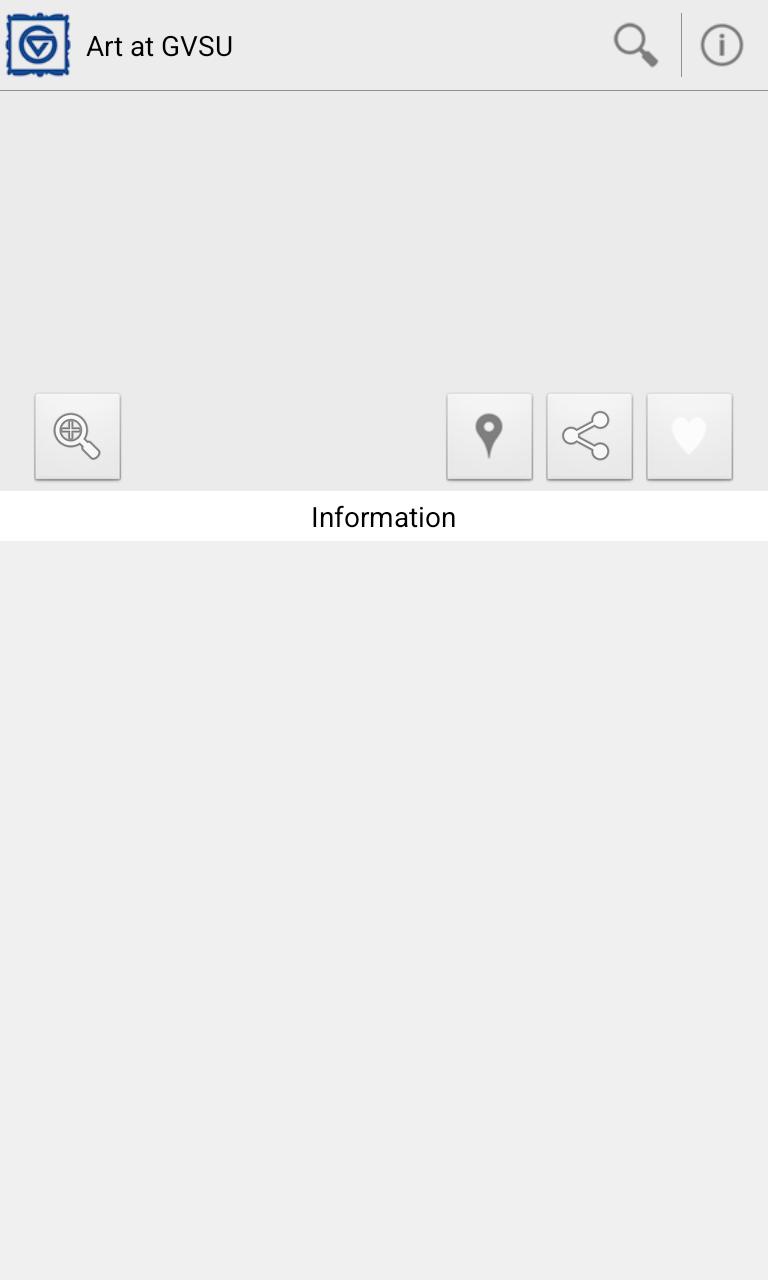
Repository: markminuth/Art-at-GVSU-Android-edition
Layout: version1.0/res/layout/artdetails.xml
The author's editor kept a copy of each file at every save. The layout is drawn from the files as they stood at one save, then again after the next save.
It is drawn on a 768 x 1280 px phone screen (xhdpi) without system bars, with theme android:Theme.NoTitleBar; the app's code is not run. Lists and similar views that code fills are empty.

Above is the layout before, as saved 2012-04-17 01:19:41.

### version1.0/res/layout/artdetails.xml
<?xml version="1.0" encoding="utf-8"?>
<LinearLayout xmlns:android="http://schemas.android.com/apk/res/android"
    android:layout_width="fill_parent"
    android:layout_height="fill_parent"
    android:background="#F0F0F0"
    android:orientation="vertical" >


    <RelativeLayout
        android:id="@+id/relativeLayout1"
        android:layout_width="match_parent"
        android:layout_height="45dp"
        android:background="#ECECEC" >

        <ImageButton
            android:id="@+id/aboutIcon"
            android:layout_width="wrap_content"
            android:layout_height="wrap_content"
            android:layout_alignParentRight="true"
            android:layout_centerVertical="true"
            android:layout_marginRight="7dp"
            android:background="#ECECEC"
            android:src="@drawable/about_icon" />

        <ImageButton
            android:id="@+id/searchIcon"
            android:layout_width="wrap_content"
            android:layout_height="wrap_content"
            android:layout_alignParentRight="true"
            android:layout_centerVertical="true"
            android:layout_marginRight="50dp"
            android:background="#ECECEC"
            android:src="@drawable/search" />

        <ImageView
            android:id="@+id/imageView2"
            android:layout_width="wrap_content"
            android:layout_height="wrap_content"
            android:layout_centerVertical="true"
            android:src="@drawable/app_icon_transparent" />

        <ImageView
            android:id="@+id/dividerimg"
            android:layout_width="wrap_content"
            android:layout_height="32dp"
            android:layout_alignParentRight="true"
            android:layout_centerVertical="true"
            android:layout_marginRight="43dp"
            android:src="@drawable/divider" />

        <TextView
            android:id="@+id/textView1"
            android:layout_width="wrap_content"
            android:layout_height="wrap_content"
            android:layout_centerVertical="true"
            android:layout_marginLeft="5dp"
            android:layout_toRightOf="@+id/imageView2"
            android:text="@string/titleText"
            android:textAppearance="?android:attr/textAppearanceMedium"
            android:textColor="#000000"
            android:textSize="14dp" />
    </RelativeLayout>

    <FrameLayout
        android:id="@+id/divider"
        android:layout_width="match_parent"
        android:layout_height="0.2dp"
        android:background="#909090" >
    </FrameLayout>




    <RelativeLayout
        android:id="@+id/relativeLayout1"
        android:layout_width="match_parent"
        android:layout_height="200dp" >

        <ImageView
            android:id="@+id/art_image"
            android:layout_width="fill_parent"
            android:layout_height="fill_parent"
            android:layout_x="0dp"
            android:layout_y="0dp"
            android:adjustViewBounds="true"
            android:gravity="center_vertical"
            android:scaleType="centerCrop"
            android:src="@drawable/image_area" />

        <TextView
            android:id="@+id/artPieceTitleBack"
            android:layout_width="wrap_content"
            android:layout_height="wrap_content"
            android:layout_alignParentLeft="true"
            android:layout_alignParentTop="true"
            android:layout_marginLeft="1dp"
            android:layout_marginTop="1dp"
            android:text=""
            android:textAppearance="?android:attr/textAppearanceLarge"
            android:textColor="#000000" />

        <TextView
            android:id="@+id/artPieceTitle"
            android:layout_width="wrap_content"
            android:layout_height="wrap_content"
            android:layout_alignParentLeft="true"
            android:layout_alignParentTop="true"
            android:text=""
            android:textAppearance="?android:attr/textAppearanceLarge"
            android:textColor="#ffffff" />

        <TextView
            android:id="@+id/artistName"
            android:layout_width="wrap_content"
            android:layout_height="wrap_content"
            android:layout_alignLeft="@+id/artPieceTitleBack"
            android:layout_below="@+id/artPieceTitleBack"
            android:text=""
            android:textAppearance="?android:attr/textAppearanceMedium"
            android:textColor="#000000" />

        <TextView
            android:id="@+id/artistNameBack"
            android:layout_width="wrap_content"
            android:layout_height="wrap_content"
            android:layout_alignParentLeft="true"
            android:layout_below="@+id/artPieceTitle"
            android:text=""
            android:textAppearance="?android:attr/textAppearanceMedium"
            android:textColor="#ffffff" />

        <ImageButton
            android:id="@+id/favorite"
            android:layout_width="50dp"
            android:layout_height="50dp"
            android:layout_alignParentBottom="true"
            android:layout_alignParentRight="true"
            android:layout_marginRight="14dp"
            android:src="@drawable/favorite" />

        <ImageButton
            android:id="@+id/shareButton"
            android:layout_width="50dp"
            android:layout_height="50dp"
            android:layout_alignParentBottom="true"
            android:layout_toLeftOf="@+id/favorite"
            android:src="@android:drawable/ic_menu_share" />

        <ImageButton
            android:id="@+id/zoomButton"
            android:layout_width="50dp"
            android:layout_height="50dp"
            android:layout_alignParentBottom="true"
            android:layout_alignParentLeft="true"
            android:layout_marginLeft="14dp"
            android:src="@android:drawable/ic_menu_zoom" />

        <ImageButton
            android:id="@+id/imageButton1"
            android:layout_width="50dp"
            android:layout_height="50dp"
            android:layout_alignParentBottom="true"
            android:layout_toLeftOf="@+id/shareButton"
            android:src="@drawable/place_selected" />

    </RelativeLayout>

    <RelativeLayout
        android:layout_width="fill_parent"
        android:layout_height="25dp"
        android:layout_gravity="center_horizontal"
        android:background="#FFFFFF"
        android:gravity="center_vertical" >

        <TextView
            android:id="@+id/infoHeader"
            android:layout_width="wrap_content"
            android:layout_height="wrap_content"
            android:layout_centerHorizontal="true"
            android:layout_centerVertical="true"
            android:background="#FFFFFF"
            android:text="Information"
            android:textColor="#000000" />
    </RelativeLayout>

    <ListView
        android:id="@+id/artDetailList"
        android:layout_width="match_parent"
        android:layout_height="match_parent"
        android:background="#F0F0F0" >
    </ListView>

</LinearLayout>

### version1.0/res/values/strings.xml
<?xml version="1.0" encoding="utf-8"?>
<resources>

    <string name="hello">Hello World, MenuLayoutActivity!</string>
    <string name="app_name">Version1.0</string>
    <string name="titleText">Art at GVSU</string>
    <string name="aboutDetails">\"Art at GVSU\" is a collaborative project between the Grand Valley State University\'s Art Gallery, School
        of Computing and the open-source collection management project Collective Access.\n \nThe mission of the Grand Valley State University Art Gallery is to encourage appreciation and
        understanding of art and its role in society through direct engagement with original works of art. The Art Gallery acquires, preserves, interprets, exhibits, and otherwise makes accessible
        works of art for the benefit of a variety of audiences, in support of the interdisciplinary educational goals of the University and for the benefit of the community at large.</string>

</resources>

After the next save:
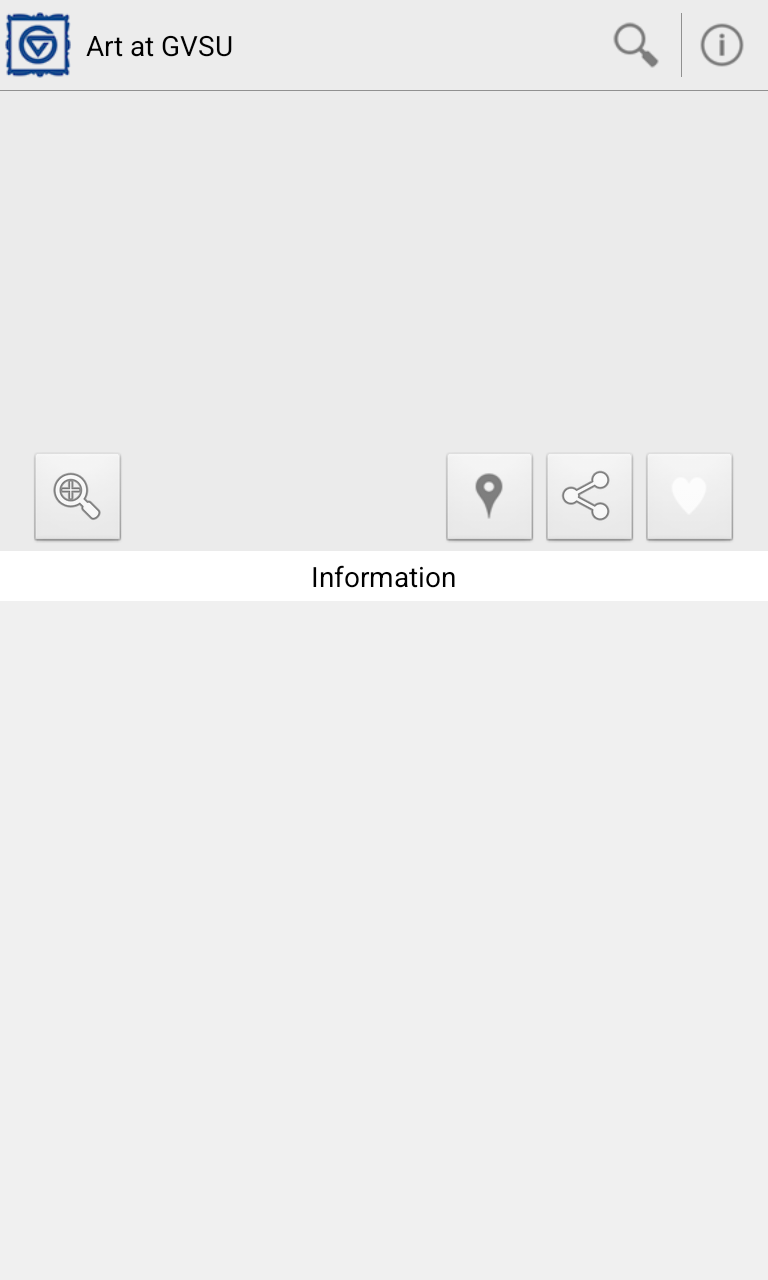
Saved 74 s later.
--- a/version1.0/res/layout/artdetails.xml
+++ b/version1.0/res/layout/artdetails.xml
@@ -74,7 +74,7 @@
     <RelativeLayout
         android:id="@+id/relativeLayout1"
         android:layout_width="match_parent"
-        android:layout_height="200dp" >
+        android:layout_height="230dp" >
 
         <ImageView
             android:id="@+id/art_image"
